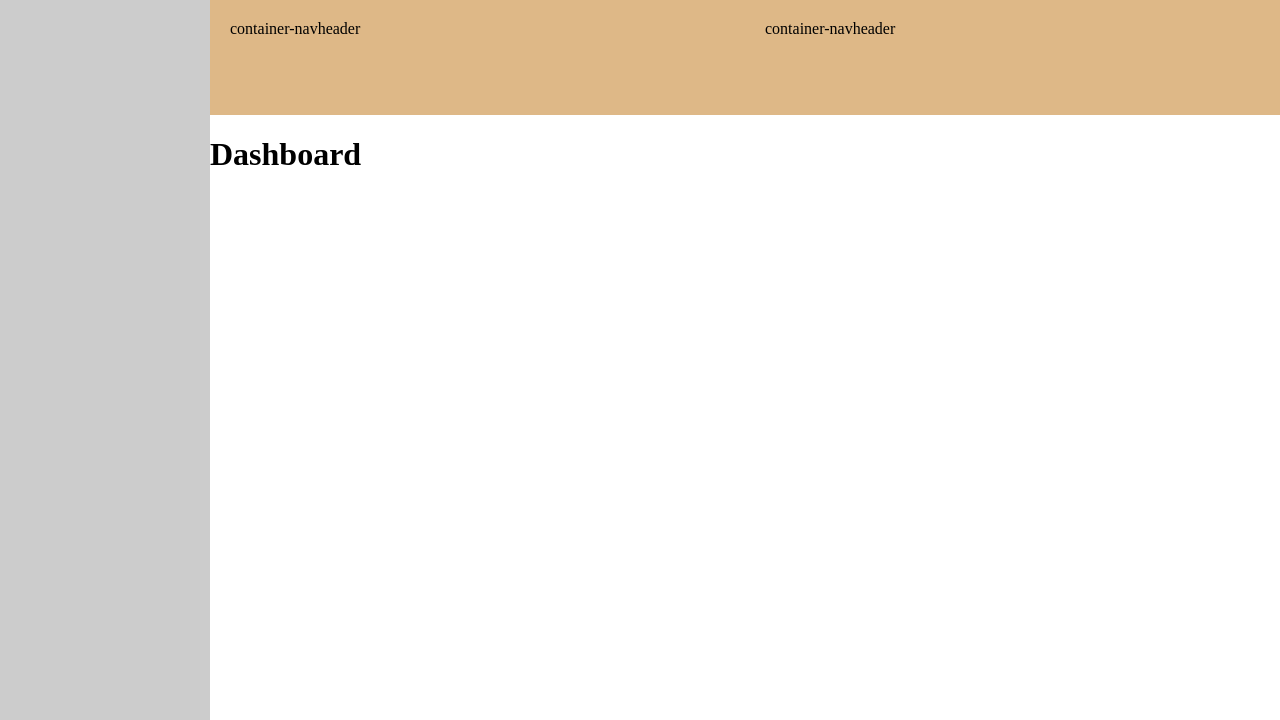
Repository: itmier/tmier-easy-demo
Page: /#/dashboard
An editor plug-in stored every save of this project. The page is shown before and after the next save, followed by the edit.
The browser window is 1280 px wide. The pictures show the whole page.
The project was rebuilt for these pictures with package versions that can differ from the ones it lists, and the page was loaded fresh each time. Also part of the build but not shown: vue.config.js, src/utils/request.js, src/api/user.js, src/views/login/index.vue, src/layout/components/SideBar.vue, src/layout/components/AppMain.vue, src/layout/components/NavHeader.vue.

Above is the page before, as saved 2020-08-06 14:50:22.

### src/main.js
/*
 * @Author: Tmier
 * @Date: 2020-08-05 15:00:55
 * @LastEditTime: 2020-08-06 09:07:47
 * @Description:
 */
import Vue from 'vue'
import App from './App.vue'
import router from './router'
import store from './store'
import '@/plugins'

Vue.config.productionTip = false

new Vue({
  router,
  store,
  render: h => h(App)
}).$mount('#app')

### src/App.vue
<!--
 * @Author: Tmier
 * @Date: 2020-08-05 15:00:55
 * @LastEditTime: 2020-08-06 09:53:09
 * @Description:
-->
<template>
  <div id="app">
    <router-view/>
  </div>
</template>

<style lang="less">
</style>

### src/router/index.js
/*
 * @Author: Tmier
 * @Date: 2020-08-05 15:00:55
 * @LastEditTime: 2020-08-06 14:16:02
 * @Description:
 */
import Vue from 'vue'
import VueRouter from 'vue-router'
import Login from '@/views/login'
import Dashboard from '@/views/dashboard'
import Layout from '@/layout'

Vue.use(VueRouter)

const routes = [
  {
    path: '/login',
    name: 'login',
    component: Login,
  },
  {
    path: '/',
    name: 'layout',
    redirect: {
      name: 'login'
    },
    component: Layout,
    children: [{
      path: 'dashboard',
      name: 'dashboard',
      component: Dashboard

    }]
  }
]

const router = new VueRouter({
  routes
})

export default router

### src/plugins/index.js
/*
 * @Author: Tmier
 * @Date: 2020-08-06 09:04:55
 * @LastEditTime: 2020-08-06 10:50:44
 * @Description:
 */
//  默认核心
import Vue from "vue"; //Vue引入
// UI
import ElementUI from 'element-ui';
import {Message} from 'element-ui'
// CSS
import 'element-ui/lib/theme-chalk/index.css';
import 'normalize.css/normalize.css'
import 'assets/css/reset.css'
// 注册使用
Vue.use(ElementUI);

// 继承使用
Vue.prototype.$message = Message

### src/views/dashboard/index.vue
<!--
 * @Author: Tmier
 * @Date: 2020-08-05 15:48:08
 * @LastEditTime: 2020-08-05 15:48:34
 * @Description:
-->
<template>
  <div class>
    <h1>Dashboard</h1>
  </div>
</template>

<script>
//import x from ''
export default {
  components: {},
  data() {
    return {};
  },
  computed: {},
  methods: {},
};
</script>

<style lang='less' scoped>
//@import url()
</style>

### src/layout/index.vue
<!--
 * @Author: Tmier
 * @Date: 2020-08-06 11:40:36
 * @LastEditTime: 2020-08-06 14:50:22
 * @Description:
-->
<template>
  <div class="layout">
    <div class="layout-sliderbar"></div>
    <div class="layout-container">
      <div class="container-header">
        <div class="container-navheader-left">container-navheader</div>
        <div class="container-navheader-right">container-navheader</div>
      </div>
      <div class="container-main">
        <router-view />
      </div>
    </div>
  </div>
</template>

<script>
//import x from ''
import SideBar from "@/layout/components/SideBar";
import AppMain from "@/layout/components/AppMain";
import NavHeader from "@/layout/components/NavHeader";
export default {
  name: "layout",
  components: {
    SideBar,
    AppMain,
    NavHeader,
  },
  data() {
    return {};
  },
  computed: {},
  methods: {},
};
</script>

<style lang='less' scoped>
//@import url()
.layout {
  height: 100%;
  display: flex;

  .layout-sliderbar {
    height: 100%;
    width: 210px;
    background: #ccc;
  }
  .layout-container {
    flex: 1;
    display: flex;
    flex-direction: column;
    .container-header {
      display: flex;
      justify-content: space-between;
      .container-navheader-left {
        height: 115px;
        box-sizing: border-box;
        width: 100%;
        background: burlywood;
        padding: 20px;
      }
      .container-navheader-right {
        height: 115px;
        box-sizing: border-box;
        width: 100%;
        background: burlywood;
        padding: 20px;
      }
    }
    .container-main {
    }
  }
}
</style>

### src/assets/css/reset.css
#app {
    height: 100%;
}

body {
    height: 100%;
}

html {
    height: 100%;
    box-sizing: border-box;
}

Loaded but not shown: public/index.html (common file); src/store/index.js (common file)

After the next save:
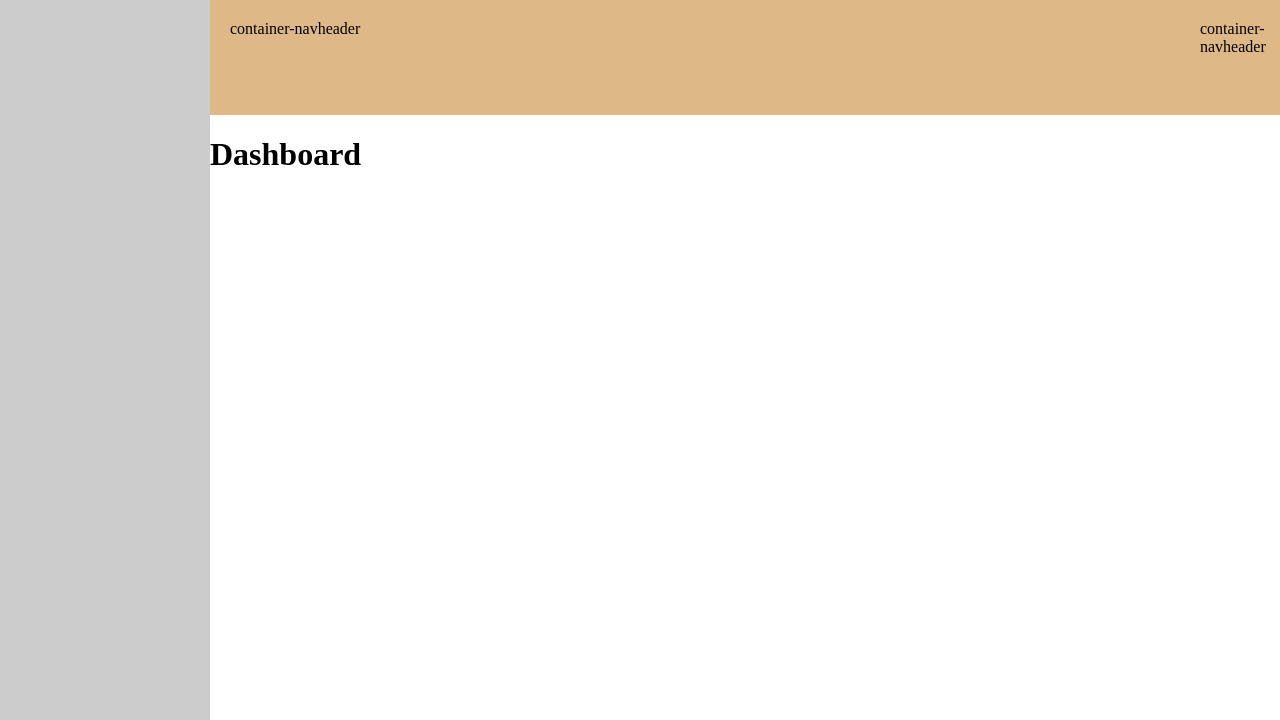
Saved 96 s later.
--- a/src/layout/index.vue
+++ b/src/layout/index.vue
@@ -1,7 +1,7 @@
 <!--
  * @Author: Tmier
  * @Date: 2020-08-06 11:40:36
- * @LastEditTime: 2020-08-06 14:50:22
+ * @LastEditTime: 2020-08-06 14:51:58
  * @Description:
 -->
 <template>
@@ -67,7 +67,7 @@ export default {
       .container-navheader-right {
         height: 115px;
         box-sizing: border-box;
-        width: 100%;
+        width: 100px;
         background: burlywood;
         padding: 20px;
       }
